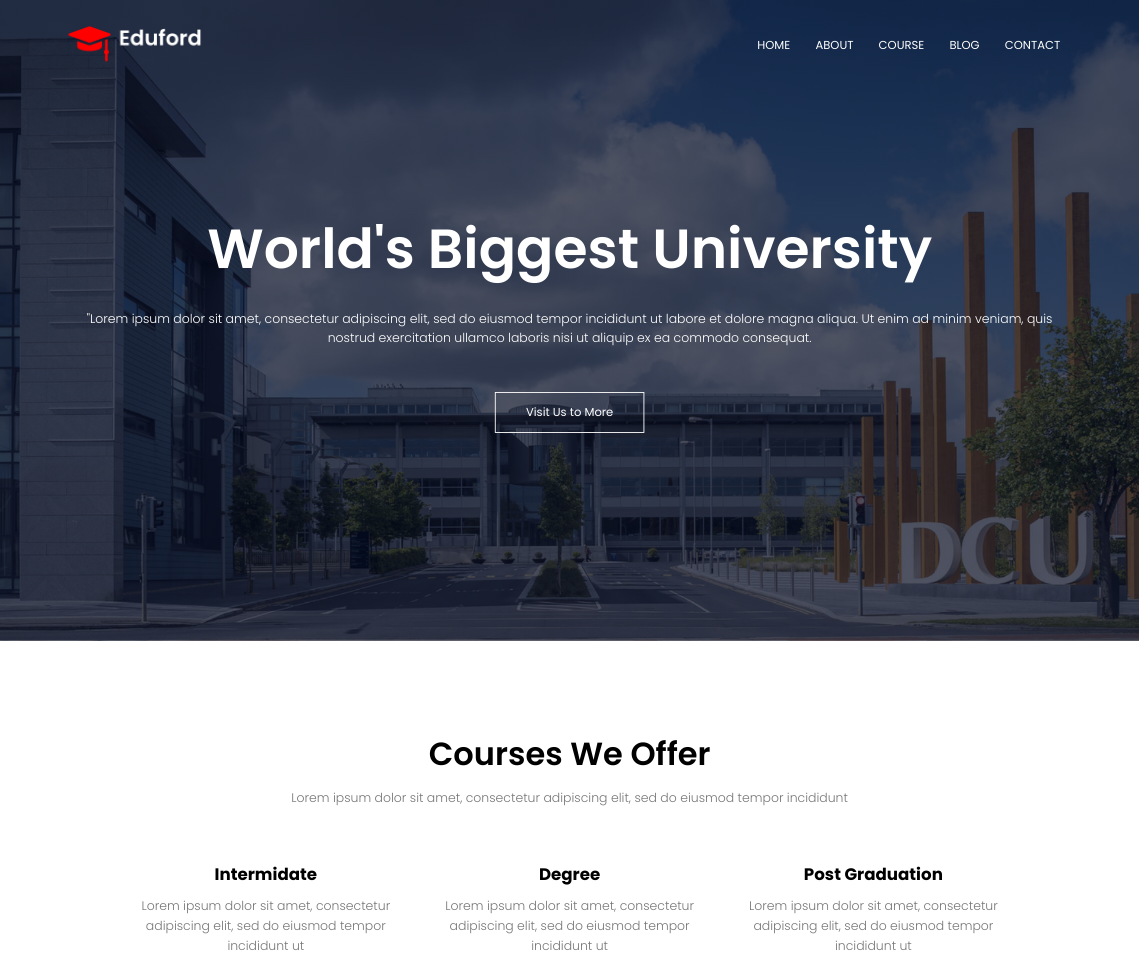
Repository: dewaary/company-profile
Page: index.html
These files come from the project's save history. The page is drawn as it stood at one moment and after the next save; the edit follows.
The browser window is 1280 px wide. The pictures show the whole page, at 89% of full size.

Above is the page before, as saved 2021-05-06 22:15:00.

### index.html
<!DOCTYPE html>
<html lang="en">

<head>
    <meta charset="UTF-8">
    <meta http-equiv="X-UA-Compatible" content="IE=edge">
    <meta name="viewport" content="width=device-width, initial-scale=1.0">
    <title>University Website Design</title>
    <link rel="stylesheet" href="style.css">
    <link rel="preconnect" href="https://fonts.gstatic.com">
    <link href="https://fonts.googleapis.com/css2?family=Poppins:wght@200;300;400;600;700&display=swap"
        rel="stylesheet">
    <link rel="stylesheet"
        href="https://cdn.jsdelivr.net/npm/@fortawesome/fontawesome-free@5.15.3/css/fontawesome.min.css">
</head>

<body>

    <section class="header">
        <nav>
            <a href="index.html"><img src="images/logo.png"></a>
            <div class="nav-links" id="navLinks">
                <i class="fa fa-times" onclick="hideMenu()"></i>
                <ul>
                    <li><a href="">HOME</a></li>
                    <li><a href="">ABOUT</a></li>
                    <li><a href="">COURSE</a></li>
                    <li><a href="">BLOG</a></li>
                    <li><a href="">CONTACT</a></li>
                </ul>
            </div>
            <i class="fa fa-bars" onclick="showMenu()"></i>
        </nav>

        <div class="text-box">
            <h1>World's Biggest University</h1>
            <p>"Lorem ipsum dolor sit amet, consectetur adipiscing elit, sed do eiusmod tempor incididunt ut labore et
                dolore magna aliqua. Ut enim ad minim veniam, quis nostrud exercitation ullamco laboris nisi ut aliquip
                ex ea commodo consequat.</p>
            <a href="" class="hero-btn">Visit Us to More</a>
        </div>
    </section>

     <!---- Courses ---->

     <section class="course">
        <h1>Courses We Offer</h1>
        <p>Lorem ipsum dolor sit amet, consectetur adipiscing elit, sed do eiusmod tempor incididunt</p>
        <div class="row">
            <div class="course-col">
                <h3>Intermidate</h3>
                <p>Lorem ipsum dolor sit amet, consectetur adipiscing elit, sed do eiusmod tempor incididunt ut</p>
            </div>

            <div class="course-col">
                <h3>Degree</h3>
                <p>Lorem ipsum dolor sit amet, consectetur adipiscing elit, sed do eiusmod tempor incididunt ut</p>
            </div>

            <div class="course-col">
                <h3>Post Graduation</h3>
                <p>Lorem ipsum dolor sit amet, consectetur adipiscing elit, sed do eiusmod tempor incididunt ut</p>
            </div>
        </div>
     </section>


    <!---- Javascript for Toggle Menu ---->
    <script>
        var navLinks = document.getElementById("navLinks");

        function showMenu() {
            navLinks.style.right = "0";
        }
        function hideMenu() {
            navLinks.style.right = "-200px";
        }
    </script>

</body>

</html>

### style.css
* {
  margin: 0;
  padding: 0;
  font-family: "Poppins", sans-serif;
}

.header {
  min-height: 100vh;
  width: 100%;
  background-image: linear-gradient(rgba(4, 9, 30, 0.7), rgba(4, 9, 30, 0.7)),
    url(images/banner.png);
  background-position: center;
  background-size: cover;
  position: relative;
}

nav {
  display: flex;
  padding: 2% 6%;
  justify-content: space-between;
  align-items: center;
}

nav img {
  width: 150px;
}

.nav-links {
  flex: 1;
  text-align: right;
}

.nav-links ul li {
  list-style: none;
  display: inline-block;
  padding: 8px 12px;
  position: relative;
}

.nav-links ul li a {
  color: #fff;
  text-decoration: none;
  font-size: 13px;
}

.nav-links ul li::after {
  content: "";
  width: 0%;
  height: 2px;
  background: #f44336;
  display: block;
  margin: auto;
  transition: 0.5s;
}

.nav-links ul li:hover::after {
  width: 100%;
}

.text-box {
  width: 90%;
  color: #fff;
  position: absolute;
  top: 50%;
  left: 50%;
  transform: translate(-50%, -50%);
  text-align: center;
}

.text-box h1 {
  font-size: 62px;
}

.text-box p {
  margin: 10px 0 40px;
  font-size: 14px;
  color: #fff;
}

.hero-btn {
  display: inline-block;
  text-decoration: none;
  color: #fff;
  border: 1px solid #fff;
  padding: 12px 34px;
  font-size: 13px;
  background: transparent;
  position: relative;
  cursor: pointer;
}

.hero-btn:hover {
  border: 1px solid #f44336;
  background: #f44336;
  transition: 1s;
}

nav .fa{
    display: none;
}

@media (max-width: 700px) {
  .text-box h1 {
    font-size: 20px;
  }

  .nav-links ul li {
    display: block;
  }
  .nav-links {
    position: absolute;
    background: #f44336;
    height: 100vh;
    width: 200px;
    top: 0;
    right: -200px;
    text-align: left;
    z-index: 2;
    transition: 1s;
  }

  nav .fa{
      display: block;
      color: #fff;
      margin: 10px;
      font-size: 22px;
      cursor: pointer;
  }

  .nav-links ul {
      padding: 30px;
  }
}

 /*---- Course ------ */

 .course{
     width: 80%;
     margin: auto;
     text-align: center;
     padding-top: 100px;
 }

 h1{
     font-size: 36px;
     font-weight: 600;
 }

 p{
     color: #777;
     font-size: 14px;
     font-weight: 300;
     line-height: 22px;
     padding: 10px;

 }

 .row{
     margin-top: 5%;
     display: flex;
     justify-content: space-between;
 }

After the next save:
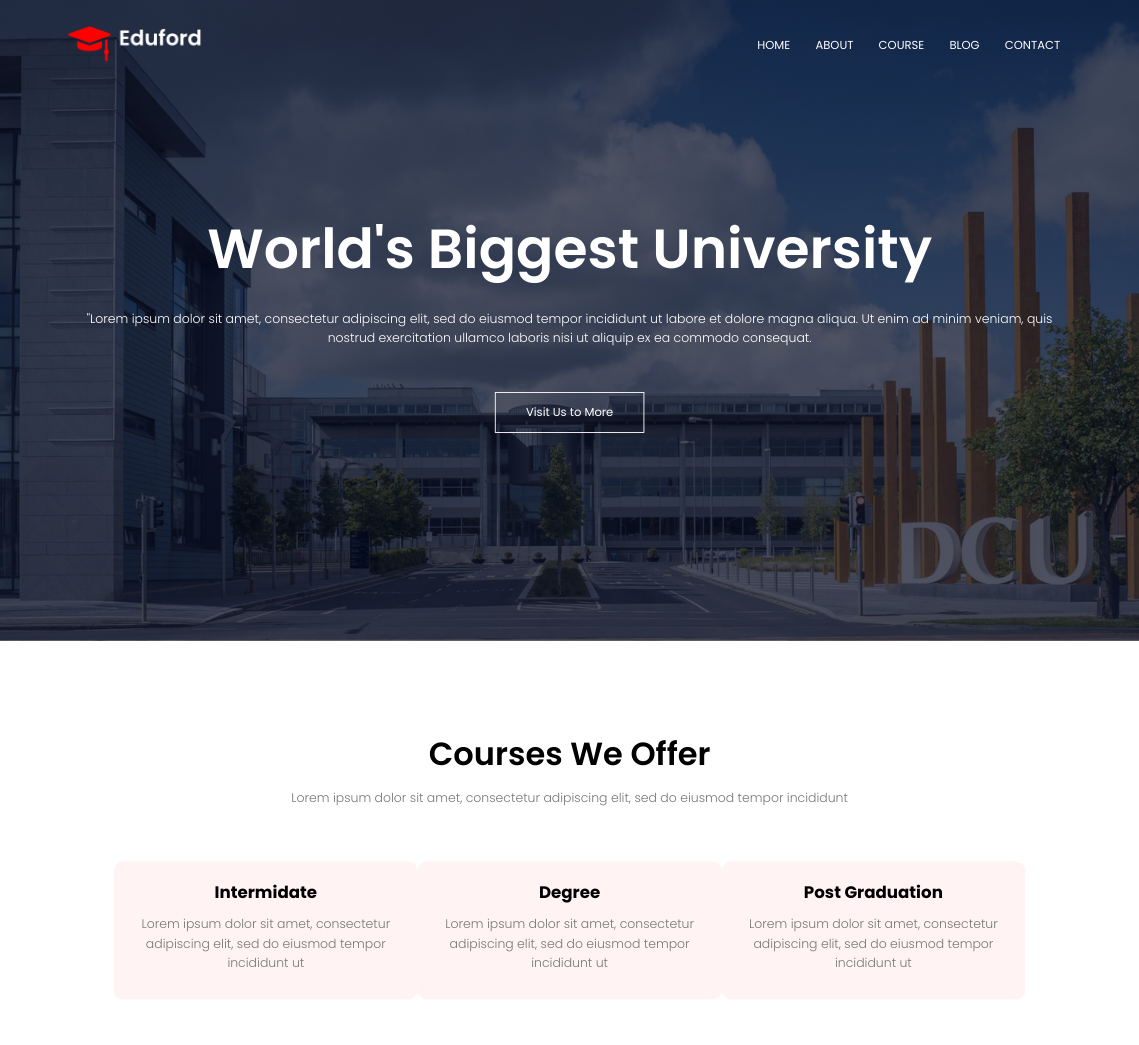
Saved 99 s later.
--- a/style.css
+++ b/style.css
@@ -160,3 +160,11 @@ nav .fa{
      display: flex;
      justify-content: space-between;
  }
+
+ .course-col {
+     flex-basis: 31%;
+     background: #fff3f3;
+     border-radius: 10px;
+     margin-bottom: 5%;
+     padding: 20px 12px;
+ }
